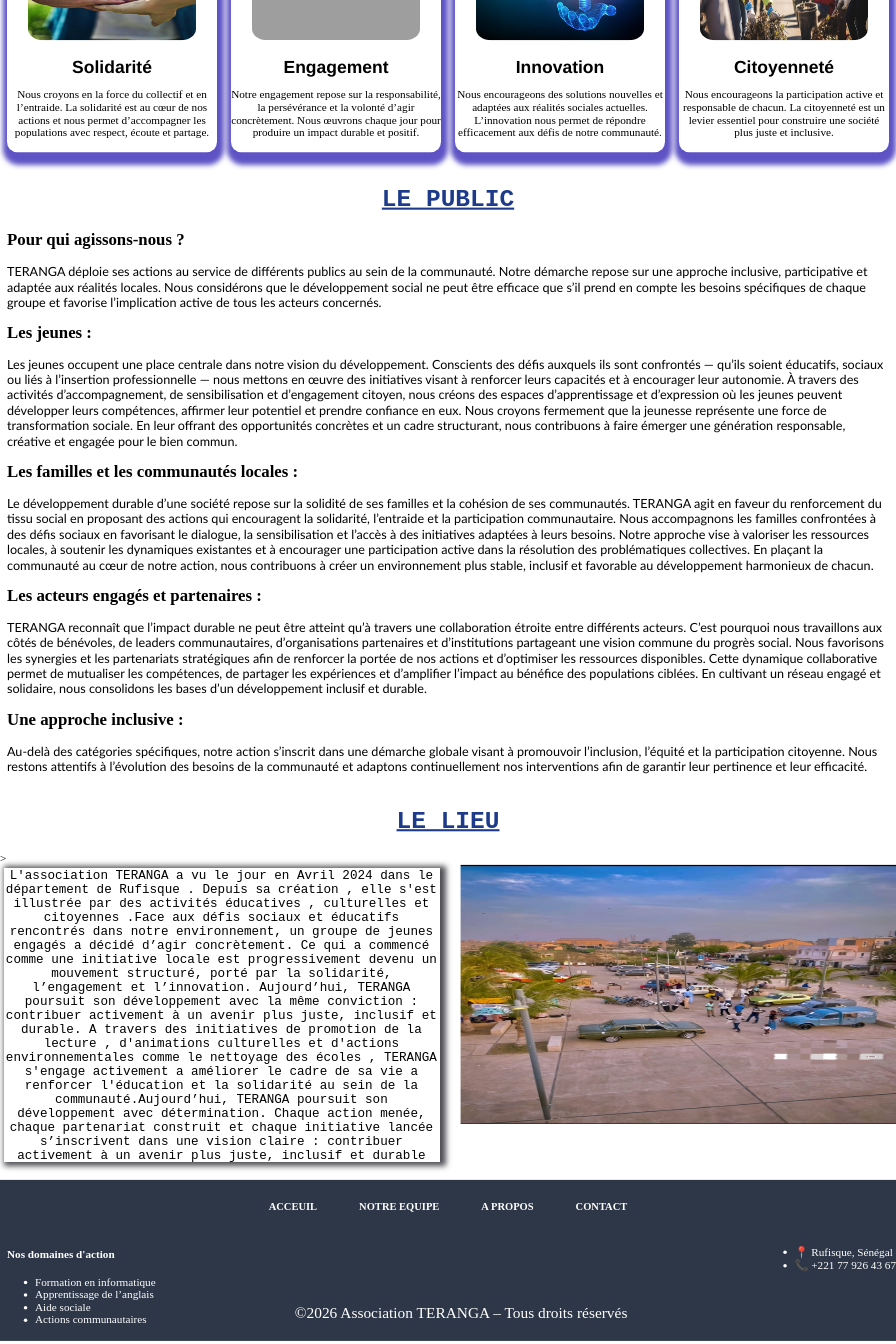
Repository: assanendao171/projet-teranga
Page: propos.html
These files come from the project's save history. The page is drawn as it stood at one moment and after a run of saves; the edit follows.
The browser window is 1280 px wide. The pictures show the part of the page from y = 1242 to 3162 px (the page is 3162 px tall), at 70% of full size.
Pictures or frames that could not be fetched are drawn as grey boxes.

Above is the page before, as saved 2026-02-12 14:07:07.

### propos.html
<!doctype html>
<html lang="en">
  <head>
    <meta charset="UTF-8" />
    <meta name="viewport" content="width=device-width, initial-scale=1.0" />
    <title>Document</title>
    <link rel="stylesheet" href="propos.css" />
  </head>
  <body>
    <!-- l'entete -->
    <header>
      <!-- logo -->
      <div class="contain-logo">
        <img src="image/logo.jpeg" alt="" class="logo" />
      </div>
      <div class="btn-nav">
        <nav>
          <a href="acceuil.html" target="_blank">ACCEUIL</a>
          <a href="equipe.html" target="_blank">NOTRE EQUIPE</a>
          <a href="propos.html" target="_blank">A PROPOS</a>
          <a href="contact.html" target="_blank">CONTACT</a>
        </nav>
      </div>
    </header>
    <!-- corps -->
    <main>
      <!-- section histoire -->
      <h1 id="histoire">NOTRE HISTOIRE</h1>
      <div class="contain-histoire">
        <p id="p-histoire">
          L'association TERANGA a vu le jour en Avril 2024 dans le département
          de Rufisque . Depuis sa création , elle s'est illustrée par des
          activités éducatives , culturelles et citoyennes .Face aux défis
          sociaux et éducatifs rencontrés dans notre environnement, un groupe de
          jeunes engagés a décidé d’agir concrètement. Ce qui a commencé comme
          une initiative locale est progressivement devenu un mouvement
          structuré, porté par la solidarité, l’engagement et l’innovation.
          Aujourd’hui, TERANGA poursuit son développement avec la même
          conviction : contribuer activement à un avenir plus juste, inclusif et
          durable. A travers des initiatives de promotion de la lecture ,
          d'animations culturelles et d'actions environnementales comme le
          nettoyage des écoles , TERANGA s'engage activement a améliorer le
          cadre de sa vie a renforcer l'éducation et la solidarité au sein de la
          communauté.Aujourd’hui, TERANGA poursuit son développement avec
          détermination. Chaque action menée, chaque partenariat construit et
          chaque initiative lancée s’inscrivent dans une vision claire :
          contribuer activement à un avenir plus juste, inclusif et durable
        </p>
        <img
          src="image/histoireImage.jpeg"
          alt="photo histoire"
          class="photo-histoire" />
      </div>
      <h1 id="valeur">NOS VALEURS</h1>
      <div class="contain-valeur">
        <img src="image/photo-valeur.png" alt="" class="photo-valeur" />
      </div>
      <div class="contain-image">
        <div class="image1">
          <img
            src="image/solidatité.jpg"
            alt="aide social"
            class="image-aide" />
          <span id="texte-aide-social">Solidarité</span>
          <p>
            Nous croyons en la force du collectif et en l’entraide. La
            solidarité est au cœur de nos actions et nous permet d’accompagner
            les populations avec respect, écoute et partage.
          </p>
        </div>
        <!-- ____________________ -->
        <div class="image1">
          <img src="image/engagement.jpg" alt="education" class="image-aide" />
          <span id="texte-aide-social">Engagement</span>
          <p>
            Notre engagement repose sur la responsabilité, la persévérance et la
            volonté d’agir concrètement. Nous œuvrons chaque jour pour produire
            un impact durable et positif.
          </p>
        </div>
        <!-- ___________________________________ -->
        <div class="image1">
          <img
            src="image/innovation.jpg"
            alt="environnement"
            class="image-aide" />
          <span id="texte-aide-social">Innovation</span>
          <p>
            Nous encourageons des solutions nouvelles et adaptées aux réalités
            sociales actuelles. L’innovation nous permet de répondre
            efficacement aux défis de notre communauté.
          </p>
          <!-- ______________________________________________ -->
        </div>
        <div class="image1">
          <img
            src="image/citoyennete.jpg"
            alt="environnement"
            class="image-aide" />
          <span id="texte-aide-social">Citoyenneté</span>
          <p>
            Nous encourageons la participation active et responsable de chacun.
            La citoyenneté est un levier essentiel pour construire une société
            plus juste et inclusive.
          </p>
          <!-- ______________________________________________ -->
        </div>
      </div>

      <!-- le public -->
      <div class="containt-public">
        <h1 id="public">LE PUBLIC</h1>
        <h2>Pour qui agissons-nous ?</h2>
        <p class="p-public">
          TERANGA déploie ses actions au service de différents publics au sein
          de la communauté. Notre démarche repose sur une approche inclusive,
          participative et adaptée aux réalités locales. Nous considérons que le
          développement social ne peut être efficace que s’il prend en compte
          les besoins spécifiques de chaque groupe et favorise l’implication
          active de tous les acteurs concernés.
        </p>
        <h2>Les jeunes :</h2>
        <p class="p-public">
          Les jeunes occupent une place centrale dans notre vision du
          développement. Conscients des défis auxquels ils sont confrontés —
          qu’ils soient éducatifs, sociaux ou liés à l’insertion professionnelle
          — nous mettons en œuvre des initiatives visant à renforcer leurs
          capacités et à encourager leur autonomie. À travers des activités
          d’accompagnement, de sensibilisation et d’engagement citoyen, nous
          créons des espaces d’apprentissage et d’expression où les jeunes
          peuvent développer leurs compétences, affirmer leur potentiel et
          prendre confiance en eux. Nous croyons fermement que la jeunesse
          représente une force de transformation sociale. En leur offrant des
          opportunités concrètes et un cadre structurant, nous contribuons à
          faire émerger une génération responsable, créative et engagée pour le
          bien commun.
        </p>
        <h2>Les familles et les communautés locales :</h2>
        <p class="p-public">
          Le développement durable d’une société repose sur la solidité de ses
          familles et la cohésion de ses communautés. TERANGA agit en faveur du
          renforcement du tissu social en proposant des actions qui encouragent
          la solidarité, l’entraide et la participation communautaire. Nous
          accompagnons les familles confrontées à des défis sociaux en
          favorisant le dialogue, la sensibilisation et l’accès à des
          initiatives adaptées à leurs besoins. Notre approche vise à valoriser
          les ressources locales, à soutenir les dynamiques existantes et à
          encourager une participation active dans la résolution des
          problématiques collectives. En plaçant la communauté au cœur de notre
          action, nous contribuons à créer un environnement plus stable,
          inclusif et favorable au développement harmonieux de chacun.
        </p>
        <h2>Les acteurs engagés et partenaires :</h2>
        <p class="p-public">
          TERANGA reconnaît que l’impact durable ne peut être atteint qu’à
          travers une collaboration étroite entre différents acteurs. C’est
          pourquoi nous travaillons aux côtés de bénévoles, de leaders
          communautaires, d’organisations partenaires et d’institutions
          partageant une vision commune du progrès social. Nous favorisons les
          synergies et les partenariats stratégiques afin de renforcer la portée
          de nos actions et d’optimiser les ressources disponibles. Cette
          dynamique collaborative permet de mutualiser les compétences, de
          partager les expériences et d’amplifier l’impact au bénéfice des
          populations ciblées. En cultivant un réseau engagé et solidaire, nous
          consolidons les bases d’un développement inclusif et durable.
        </p>
        <h2>Une approche inclusive :</h2>
        <p class="p-public">
          Au-delà des catégories spécifiques, notre action s’inscrit dans une
          démarche globale visant à promouvoir l’inclusion, l’équité et la
          participation citoyenne. Nous restons attentifs à l’évolution des
          besoins de la communauté et adaptons continuellement nos interventions
          afin de garantir leur pertinence et leur efficacité.
        </p>
      </div>
      <div>
        <h1 id="lieu">LE LIEU</h1>></h1>
      </div>
      <div class="contain-lieu">
        <p id="p-lieu">
          L'association TERANGA a vu le jour en Avril 2024 dans le département
          de Rufisque . Depuis sa création , elle s'est illustrée par des
          activités éducatives , culturelles et citoyennes .Face aux défis
          sociaux et éducatifs rencontrés dans notre environnement, un groupe de
          jeunes engagés a décidé d’agir concrètement. Ce qui a commencé comme
          une initiative locale est progressivement devenu un mouvement
          structuré, porté par la solidarité, l’engagement et l’innovation.
          Aujourd’hui, TERANGA poursuit son développement avec la même
          conviction : contribuer activement à un avenir plus juste, inclusif et
          durable. A travers des initiatives de promotion de la lecture ,
          d'animations culturelles et d'actions environnementales comme le
          nettoyage des écoles , TERANGA s'engage activement a améliorer le
          cadre de sa vie a renforcer l'éducation et la solidarité au sein de la
          communauté.Aujourd’hui, TERANGA poursuit son développement avec
          détermination. Chaque action menée, chaque partenariat construit et
          chaque initiative lancée s’inscrivent dans une vision claire :
          contribuer activement à un avenir plus juste, inclusif et durable
        </p>
        <img
          src="image/histoireImage.jpeg"
          alt="photo histoire"
          class="photo-histoire" />
      </div>
    </main>

    <footer>
      <nav class="btn-footer">
        <a href="acceuil.html" target="_blank">ACCEUIL</a>
        <a href="equipe.html" target="_blank">NOTRE EQUIPE</a>
        <a href="propos.html" target="_blank">A PROPOS</a>
        <a href="contact.html" target="_blank">CONTACT</a>
      </nav>
      <div class="contain-footer">
        <div class="liste-footer">
          <h4>Nos domaines d'action</h4>
          <ul>
            <li>Formation en informatique</li>
            <li>Apprentissage de l’anglais</li>
            <li>Aide sociale</li>
            <li>Actions communautaires</li>
          </ul>
        </div>
        <div class="copyright">
          <p>&copy;2026 Association TERANGA – Tous droits réservés</p>
        </div>
        <div class="contact">
          <ul>
            <li>📍 Rufisque, Sénégal</li>
            <li>📞 +221 77 926 43 67</li>
          </ul>
        </div>
      </div>
    </footer>
  </body>
</html>

### propos.css
body{
    margin: 15px 0 5px 0;
    background-color: #fffffff5;
}
header{
width: 100%;
height: 80px;
background-color: #FFFFFF;
box-shadow: 2px 6px 6px 6px rgba(0, 0, 0, 0.1);
display: flex;
align-items: center;
justify-content: center;
gap: 800px;
}
nav a{
    margin: 30px;
    color: #1E3A8A;
    text-decoration: none;
    font-size: 15px;
    font-weight:900;
}
nav a:hover{
    text-decoration: underline;
}
.logo{
    width: 80px;
left: 10px;
}














































footer{
    background-color: #2D3748;
    width: 100%;
    height: 230px;
    margin-top: 20px;
}
.btn-footer{
    display: flex;
    flex-direction: row;
    justify-content: center;

}
.btn-footer a{
    padding: px;
    color: #FFFFFF;
    margin: 10x;
    font-size: 15px;
}
.liste-footer{
    margin-left: 10px;
        color: #FFFFFF;

}
.contact{
    display: flex;
    flex-direction: row;
    justify-content: flex-end;
    color: #FFFFFF;
}
.contain-footer{
    display: flex;
    flex-direction: row;
    justify-content: space-between;
}
.copyright{
        color: #FFFFFF;
    font-size: 22px;
    display: flex;
    flex-direction: column;
    justify-content: flex-end;
}
/* section histoire */
#histoire{
        color: #1E3A8A;

    text-align: center;
    font-size: 35px;
font-family: 'Courier New', Courier, monospace;
text-decoration: underline;

}
.contain-histoire{
    display: flex;
    gap: 25px;
}
#p-histoire{
    text-align: center;
    font-size: 18px;
font-family: 'Courier New', Courier, monospace;
margin: 5px ;
   width: 50%;
    box-shadow: 5px 1px 8px 4px rgba(31, 30, 37, 0.781);
}
.photo-histoire{
    width: 50%;
    height: 370px;
}
#valeur{
        color: #1E3A8A;

    text-align: center;
    font-size: 35px;
font-family: 'Courier New', Courier, monospace;
text-decoration: underline;

}
.photo-valeur{
    width: 40%;
    height: 350px;
border-radius: 50%;
    box-shadow: 1px 1px 8px 4px rgba(31, 30, 37, 0.781);
}
.contain-valeur{
    display: flex;
    flex-direction: row;
    justify-content: center;
}

.contain-image{
    padding-top: 30px;
    display: flex;
    gap: 20px;
    text-align: center;
    justify-content: center;
    align-items: center;
}
.image1{
    width: 300px;
    height: 380px;
    text-align: center;
    background-color: rgb(255, 255, 255);
    border-radius: 15px;
    box-shadow: 2px 10px 8px 8px rgba(49, 34, 180, 0.781);
    color: #000000;

}
.image-aide{
        width: 240px;
    height: 200px;
    padding: 20px;
    border-radius: 15%;
}
.image-aide:hover{
    transition: 0.5s;
    transform: scale(1.1);
}
#texte-aide-social{
        font-size: 25px;
        font-weight:bold;
font-family:'Franklin Gothic Medium', 'Arial Narrow', Arial, sans-serif
}
#public{
        color: #1E3A8A;
padding-top: 25px;
    text-align: center;
    font-size: 35px;
font-family: 'Courier New', Courier, monospace;
text-decoration: underline;
}
.containt-public{
    margin: 10px;
}
.p-public{
    font-size: 18px;
font-family:'Trebuchet MS', 'Lucida Sans Unicode', 'Lucida Grande', 'Lucida Sans', Arial, sans-serif
}
#lieu{
        color: #1E3A8A;
padding-top: 25px;
    text-align: center;
    font-size: 35px;
font-family: 'Courier New', Courier, monospace;
text-decoration: underline;
}


.contain-lieu{
    display: flex;
    gap: 25px;
}
#p-lieu{
    text-align: center;
    font-size: 18px;
font-family: 'Courier New', Courier, monospace;
margin: 5px ;
   width: 50%;
    box-shadow: 5px 1px 8px 4px rgba(31, 30, 37, 0.781);
}
.ifram-lieu{
    width: 50%;
    height: 370px;
}

After the next 2 saves:
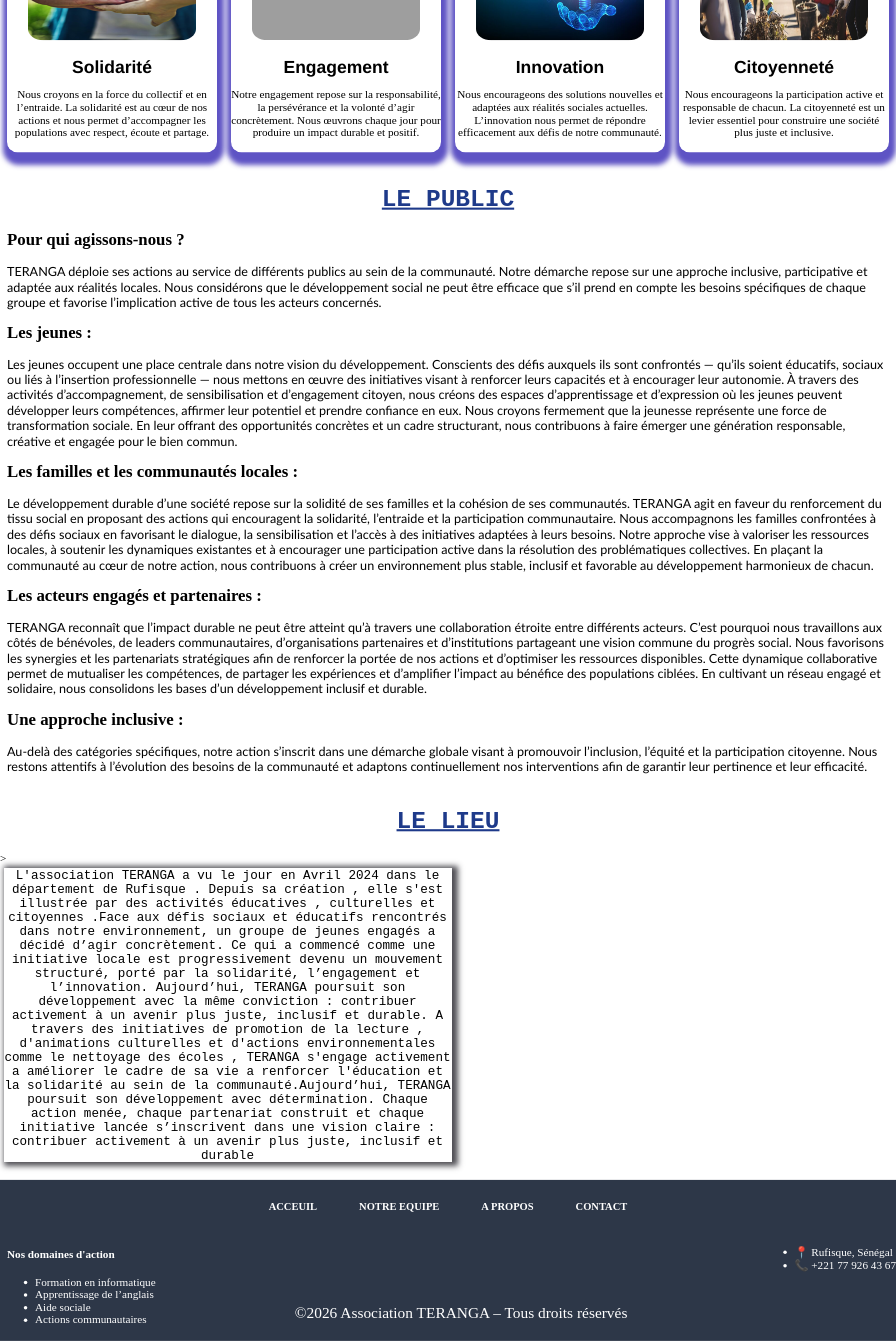
The 2 saves are shown as one change because they came seconds apart.
The last was saved 17 s later.
--- a/propos.html
+++ b/propos.html
@@ -196,10 +196,7 @@
           chaque initiative lancée s’inscrivent dans une vision claire :
           contribuer activement à un avenir plus juste, inclusif et durable
         </p>
-        <img
-          src="image/histoireImage.jpeg"
-          alt="photo histoire"
-          class="photo-histoire" />
+<iframe src="" frameborder="0"></iframe>
       </div>
     </main>
 
